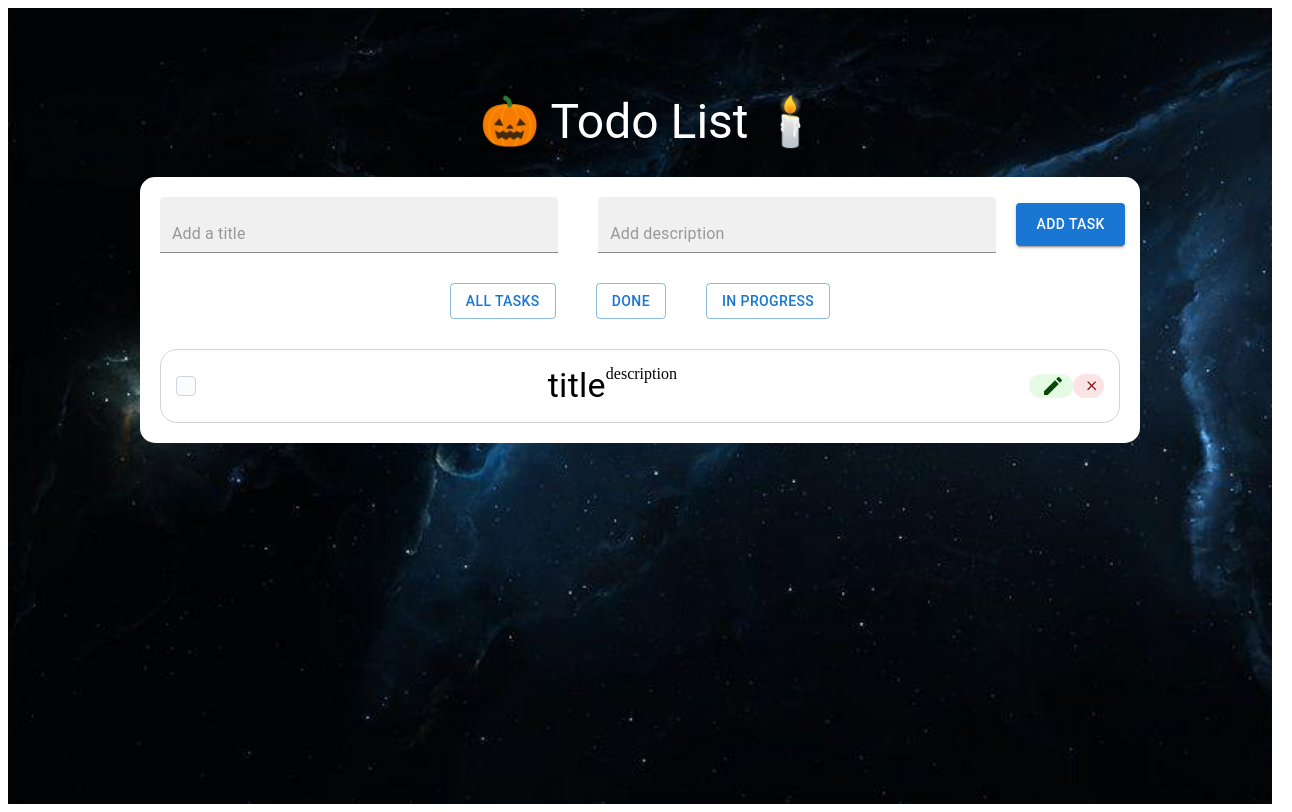
Repository: Tracy-maker/TodoList
Page: /
The author's editor kept a copy of each file at every save. The page is drawn from the files as they stood at one save, then again after the next save.
The browser window is 1280 px wide. The page is 1292 px wide, so the pictures cover 1292 px, including what lies to the right of the window. The pictures show the whole page.
The project was rebuilt for these pictures with package versions that can differ from the ones it lists, and the page was loaded fresh each time. Also part of the build but not shown: src/components/TaskEdit.js.

Above is the page before, as saved 2023-09-20 20:12:45.

### public/index.html
<!DOCTYPE html>
<html lang="en">
  <head>
    <meta charset="utf-8" />
    <link rel="icon" href="%PUBLIC_URL%/favicon.ico" />
    <meta name="viewport" content="width=device-width, initial-scale=1" />
    <meta name="theme-color" content="#000000" />
    <meta
      name="description"
      content="Web site created using create-react-app"
    />
    <link rel="apple-touch-icon" href="%PUBLIC_URL%/logo192.png" />
    <!--
      manifest.json provides metadata used when your web app is installed on a
      user's mobile device or desktop. See https://developers.google.com/web/fundamentals/web-app-manifest/
    -->
    <link rel="manifest" href="%PUBLIC_URL%/manifest.json" />
    <link href="https://fonts.googleapis.com/css2?family=Montserrat:wght@300;400;500&amp;display=swap" rel="stylesheet">
    <!--
      Notice the use of %PUBLIC_URL% in the tags above.
      It will be replaced with the URL of the `public` folder during the build.
      Only files inside the `public` folder can be referenced from the HTML.

      Unlike "/favicon.ico" or "favicon.ico", "%PUBLIC_URL%/favicon.ico" will
      work correctly both with client-side routing and a non-root public URL.
      Learn how to configure a non-root public URL by running `npm run build`.
    -->
    <title>React App</title>
  </head>
  <body>
    <noscript>You need to enable JavaScript to run this app.</noscript>
    <div id="root"></div>
    <!--
      This HTML file is a template.
      If you open it directly in the browser, you will see an empty page.

      You can add webfonts, meta tags, or analytics to this file.
      The build step will place the bundled scripts into the <body> tag.

      To begin the development, run `npm start` or `yarn start`.
      To create a production bundle, use `npm run build` or `yarn build`.
    -->
  </body>
</html>

### src/App.js
import { useState, useEffect } from "react";
import CreateTask from "./components/CreateTask";
import TaskList from "./components/TaskList";
import { Box, Stack } from "@mui/material";
import styled from "styled-components";
import Typography from "@mui/material/Typography";
import Image1 from "./image/7.jpg";

const StyledContainer = styled(Stack)`
  height: 100vh;
  width: 100%;
  display: flex;
  align-items: stretch;
  padding-top: 6%;
  background-image: url(${Image1});
  background-size: cover;
  background-repeat: no-repeat;
`;

const TaskForm = styled(Box)`
  margin-left: auto;
  margin-right: auto;
  width: 1000px;
  background-color: white;
  border-radius: 15px;
  @media (max-width: 768px) {
    width: 100%;
  }
`;
const Title = styled(Typography)`
  color: white;
  margin: auto;
  width: 100%;
  padding: 10px;
  text-align: center;
`;

function App() {

  const [tasks, setTasks] = useState(() => {
    const localValue = localStorage.getItem("tasks");
    if (localValue == null) return [];
    return JSON.parse(localValue);
  });

  useEffect(() => {
    localStorage.setItem("tasks", JSON.stringify(tasks));
  }, [tasks]);

  const createTask = (title, description) => {
    const newTask = {
      id: crypto.randomUUID(),
      title: title,
      description: description,
      status: "inProgress",
    };

    const existingTasks = JSON.parse(localStorage.getItem("tasks")) || [];
    existingTasks.push(newTask);
    localStorage.setItem("tasks", JSON.stringify(existingTasks));
    setTasks(existingTasks);
  };

  const deleteTasksById = (id) => {
    const existingTasks = JSON.parse(localStorage.getItem("tasks")) || [];
    const updatedTasks = existingTasks.filter((task) => {
      return task.id !== id;
    });
    localStorage.setItem("tasks", JSON.stringify(updatedTasks));
    setTasks(updatedTasks);
  };

  const editTaskById = (id, newTitle, newDescription) => {
    const existingTasks = JSON.parse(localStorage.getItem("tasks")) || [];
    const taskToEdit = existingTasks.findIndex((task) => task.id === id);

    if (taskToEdit) {
      const updatedTask = {
        ...taskToEdit,
        title: newTitle,
        description: newDescription,
      };

      const updatedTasks = existingTasks.map((task) =>
        task.id === id ? updatedTask : task
      );
      localStorage.setItem("tasks", JSON.stringify(updatedTasks));
      setTasks(updatedTasks);
    }
  };



  return (
    <StyledContainer>
      <Title variant="h3" gutterBottom>
        🎃 Todo List 🕯️
      </Title>
      <TaskForm>
        <CreateTask onCreate={createTask} />
        <TaskList />
      </TaskForm>
    </StyledContainer>
  );
}
export default App;

### src/components/CreateTask.js
import * as React from "react";
import Stack from "@mui/material/Stack";
import TextField from "@mui/material/TextField";
import Button from "@mui/material/Button";
import { useState } from "react";
import { styled } from "@mui/material";

const Input = styled(TextField)`
  padding:2%;
  width: 80%;
`;

const AddButton = styled(Button)`
  margin: auto;
  width: 20%;
  padding: 9px;
  text-align: center;
  margin-right: 15px;
`;

function CreateTask(props) {
  const [title, setTitle] = useState("");
  const [description, setDescription] = useState("");

  const handleChange = (event) => {
    const { name, value } = event.target;
    if (name === "title") {
      setTitle(value);
    } else if (name === "description") {
      setDescription(value);
    }
  };

  const handleSubmit = (event) => {
    event.preventDefault();
    if (title.trim() !== "" || description.trim() !== "") {
      props.onCreate({ title, description });
      setTitle("");
      setDescription("");
    }
  };

  return (
    <Stack onSubmit={handleSubmit} component="form" direction="row">
      <Input
        name="title"
        value={title}
        onChange={handleChange}
        placeholder="Add a title"
        variant="filled"
      />
      <Input
        name="description"
        value={description}
        onChange={handleChange}
        placeholder="Add description"
        variant="filled"
      />
      <AddButton type="submit" variant="contained">
        Add Task
      </AddButton>
    </Stack>
  );
}

export default CreateTask;

### src/components/TaskList.js
import React from "react";
import { Box, Button} from "@mui/material";
import TaskShow from "./TaskShow";
import styled from "styled-components";

const ButtonNavigationBar = styled(Box)`
  display: flex;
  justify-content: center;
  gap: 40px;
  padding: 10px;
`;

function TaskList(props) {
  return (
    <>
      <ButtonNavigationBar>
        <Button
          variant={props.defaultValue === "all" ? "contained" : "outlined"}
          onClick={() => props.onFilterChange("all")}
        >
          All Tasks
        </Button>
        <Button
          variant={props.defaultValue === "done" ? "contained" : "outlined"}
          onClick={() => props.onFilterChange("done")}
        >
          Done
        </Button>
        <Button
          variant={
            props.defaultValue === "inProgress" ? "contained" : "outlined"
          }
          onClick={() => props.onFilterChange("inProgress")}
        >
          In Progress
        </Button>
      </ButtonNavigationBar>

      <TaskShow />
    </>
  );
}

export default TaskList;

### src/components/TaskShow.js
import * as React from "react";
import { useState } from "react";
import Typography from '@mui/material/Typography';
import Checkbox from "@mui/joy/Checkbox";
import Chip from "@mui/joy/Chip";
import ChipDelete from "@mui/joy/ChipDelete";
import styled from "styled-components";
import { Box } from "@mui/material";
import EditIcon from "@mui/icons-material/Edit";
import TaskEdit from "./TaskEdit";

const TaskItem = styled(Box)`
  display: flex;
  justify-content: space-between;
  align-items: center;
  padding: 15px;
  border-style: solid;
  border-width: 1px;
  margin: 2%;
  border-radius: 17px;
  border-color: lightgray;
`;

const TaskContent = styled(Box)`
  display: flex;
`;


const TaskInformation = styled(Typography)`

  text-decoration: ${({ isDeleted }) => (isDeleted ? "line-through" : "none")};
`;

function TaskShow(props) {
  const [showEdit, setShowEdit] = useState(false);

  const handleEdit = () => {
    setShowEdit(!showEdit);
  };

  const handleSubmit = (id, newTitle, newDescription) => {
    setShowEdit(false);
    props.onEdit(id, newTitle, newDescription);
  };

  let content;

  // if (showEdit) {
  //   content = <TaskEdit onSubmit={handleSubmit} task={props.task} />;
  // } else {
  //   content = (
  //     <>
  //       <h3>{props.task.title}</h3>
  //       <p>{props.task.description}</p>
  //     </>
  //   );
  // }

  const handleDelete = () => {
    props.onDelete(props.task.id);
  };

  const handleCheckboxChange = () => {
    props.toggleCheckedBoxById(props.task.id);
  };

  return (
    <TaskItem>
      <Checkbox onChange={handleCheckboxChange} />
      <TaskContent>
        <TaskInformation variant="h4">title</TaskInformation>
        <TaskInformation variant="h7">description</TaskInformation>
      </TaskContent>

      <Box>
        <Chip
          variant="soft"
          color="success"
          onClick={handleEdit}
          endDecorator={<EditIcon />}
        />
        <Chip
          variant="soft"
          color="danger"
          endDecorator={<ChipDelete onClick={handleDelete} />}
        />
      </Box>
    </TaskItem>
  );
}

export default TaskShow;

Loaded but not shown: src/index.js (common file)

After the next save:
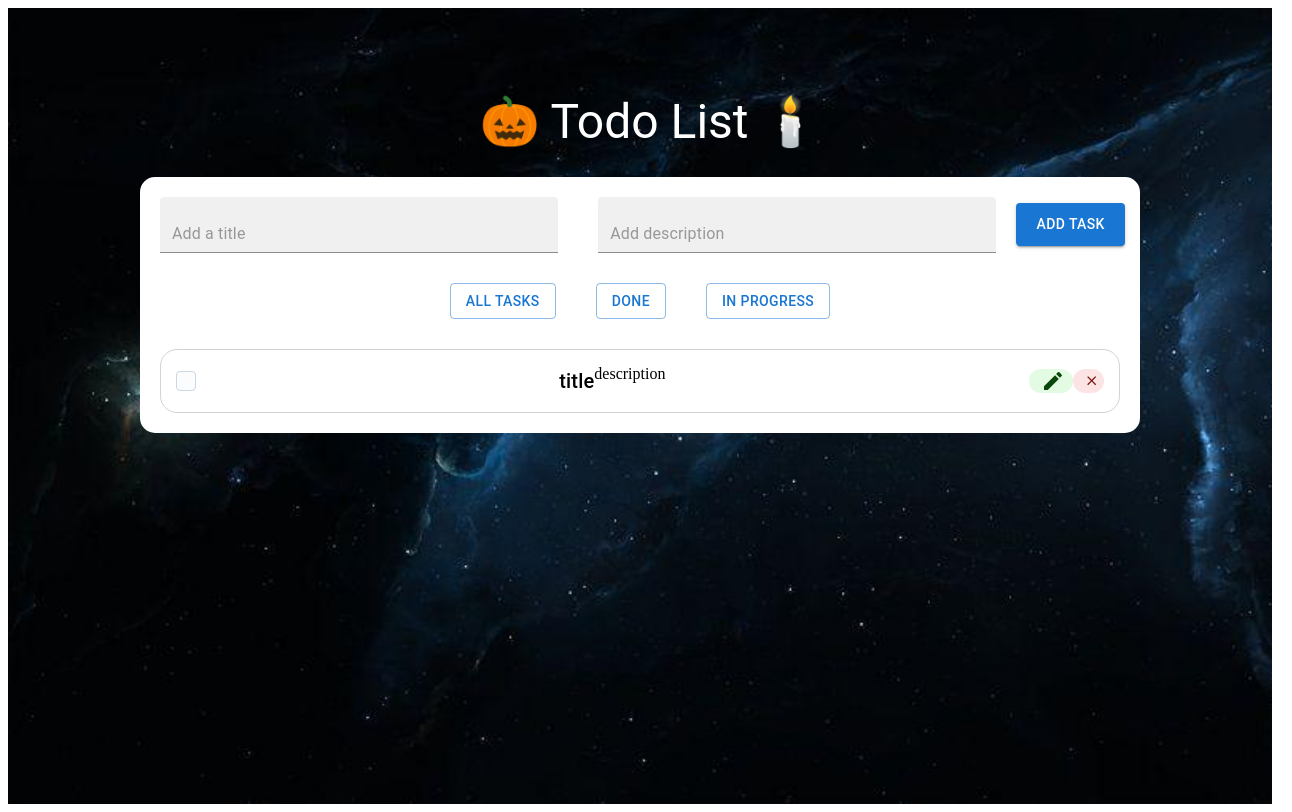
Saved 10 s later.
--- a/src/components/TaskShow.js
+++ b/src/components/TaskShow.js
@@ -68,7 +68,7 @@ function TaskShow(props) {
     <TaskItem>
       <Checkbox onChange={handleCheckboxChange} />
       <TaskContent>
-        <TaskInformation variant="h4">title</TaskInformation>
+        <TaskInformation variant="h6">title</TaskInformation>
         <TaskInformation variant="h7">description</TaskInformation>
       </TaskContent>
 
